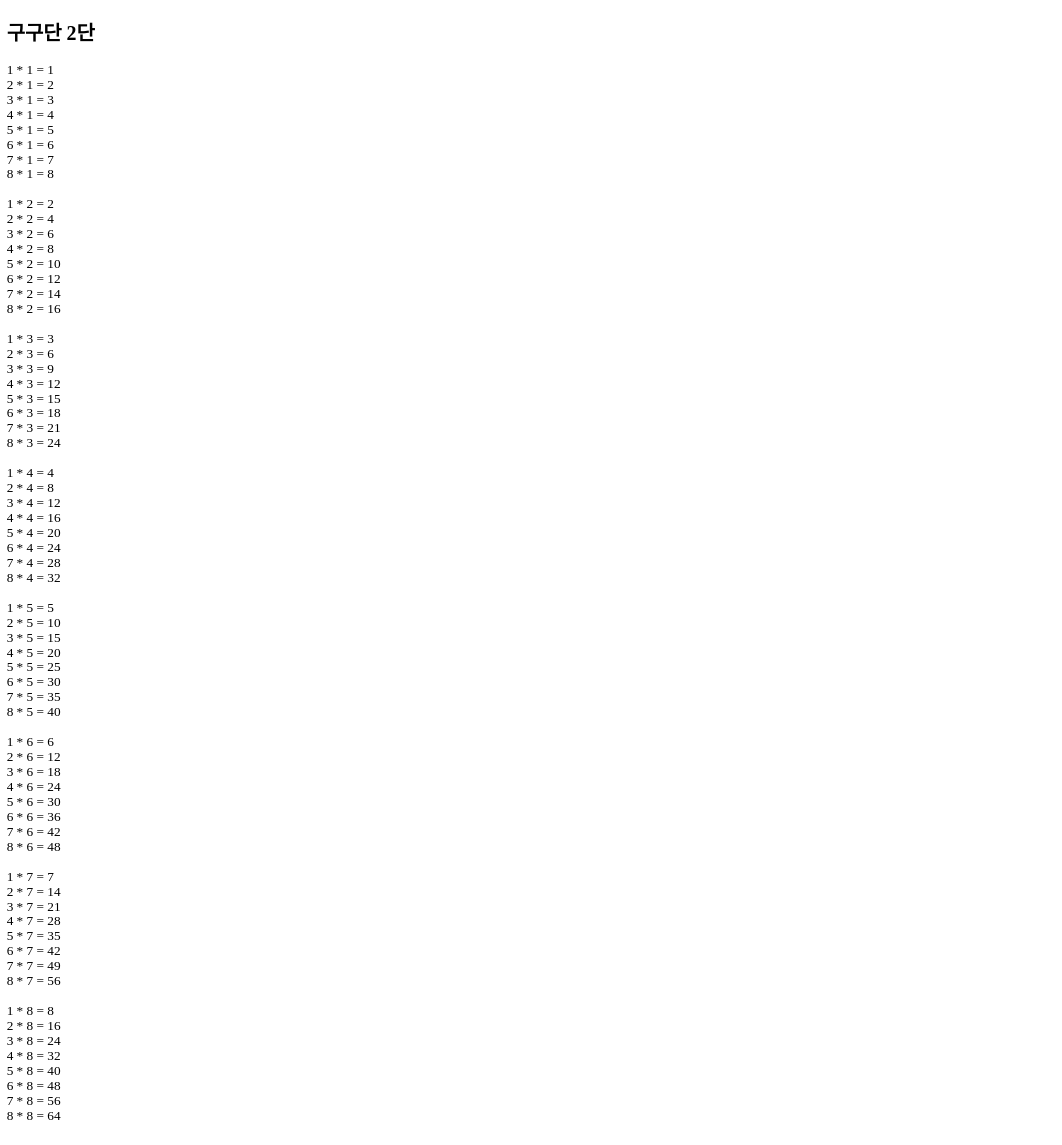
Repository: poiup/jsp_practice
Page: http://localhost/20210128/jspTag/Scriptlet.jsp
The author's editor kept a copy of each file at every save. The page is drawn from the files as they stood at one save, then again after the next save.
The browser window is 1280 px wide. The pictures show the whole page, at 83% of full size.
The page is served by Tomcat 9.

Above is the page before, as saved 2022-01-28 02:47:44.

### 20210128/src/main/webapp/jspTag/Scriptlet.jsp
<%@ page language="java" contentType="text/html; charset=UTF-8"
    pageEncoding="UTF-8"%>
<!DOCTYPE html>
<html>
<head>
<meta charset="UTF-8">
<title>Insert title here</title>
</head>
<body>
	<!-- 하단에 구구닫ㄴ 코드를 작성해주세요
	System.out.println() 이 괄호내 구문에 콘솔이 찍히게 해줫다면
	out.println()은 html화면에 괄호 내 구문을 콘솔에 찍히게 해줍니다.
	(javascript의 document.write()와 같은역활 -->
	<h2>구구단 2단</h2>
	<% for(int i = 1; i< 9; i++){
	%><div><%
		for(int j = 1; j< 9; j++){
		out.println(j + " * " + i + " = " + j*i);
	%></br><%
		}
	%></div>
	</br><%
	}%>
</body>
</html>

After the next save:
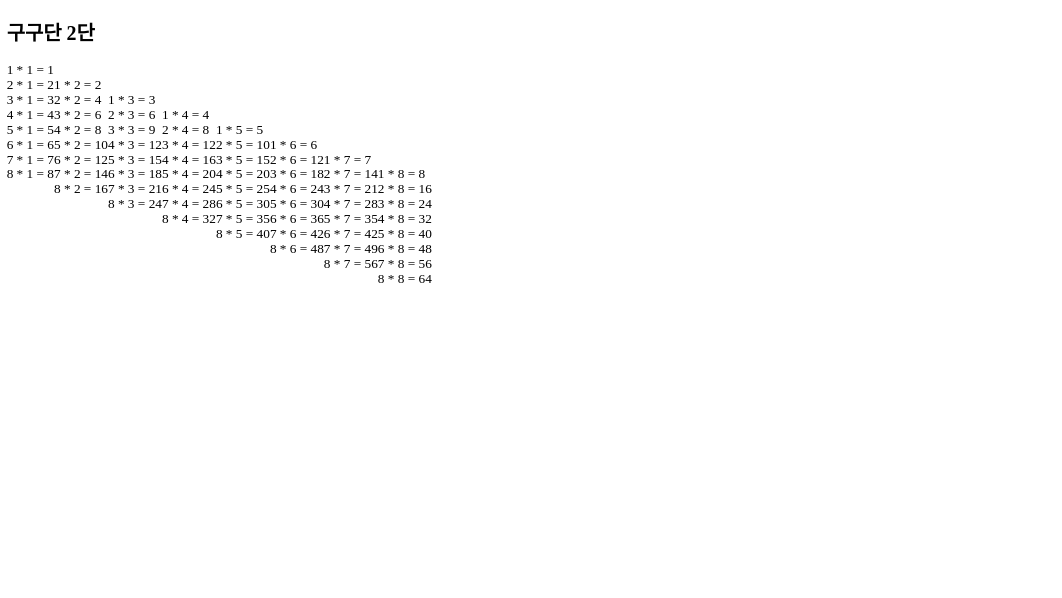
Saved 17 s later.
--- a/20210128/src/main/webapp/jspTag/Scriptlet.jsp
+++ b/20210128/src/main/webapp/jspTag/Scriptlet.jsp
@@ -13,7 +13,7 @@
 	(javascript의 document.write()와 같은역활 -->
 	<h2>구구단 2단</h2>
 	<% for(int i = 1; i< 9; i++){
-	%><div><%
+	%><div style = "float : left"><%
 		for(int j = 1; j< 9; j++){
 		out.println(j + " * " + i + " = " + j*i);
 	%></br><%
